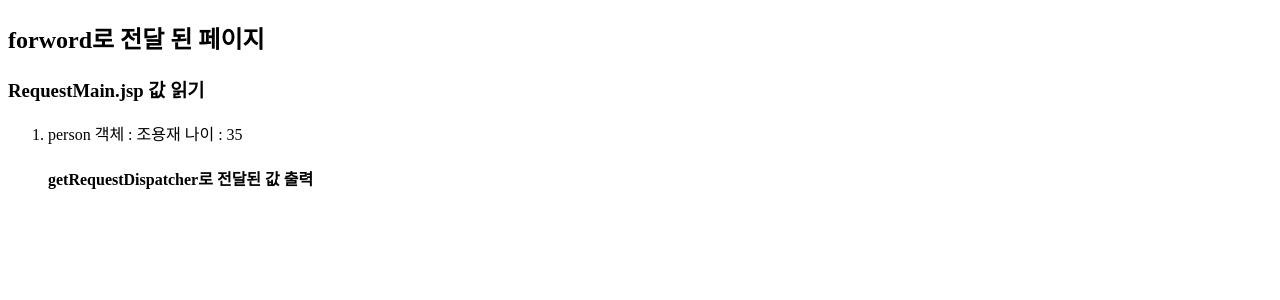
Repository: AHJ2616/Java
Page: http://localhost/board-jsp/03Scope/RequestMain.jsp
These files come from the project's save history. The page is drawn as it stood at one moment and after the next save; the edit follows.
The browser window is 1280 px wide. The pictures show the whole page.
The page is served by Tomcat 9.

Above is the page before, as saved 2024-07-23 06:42:32.

After the next save:
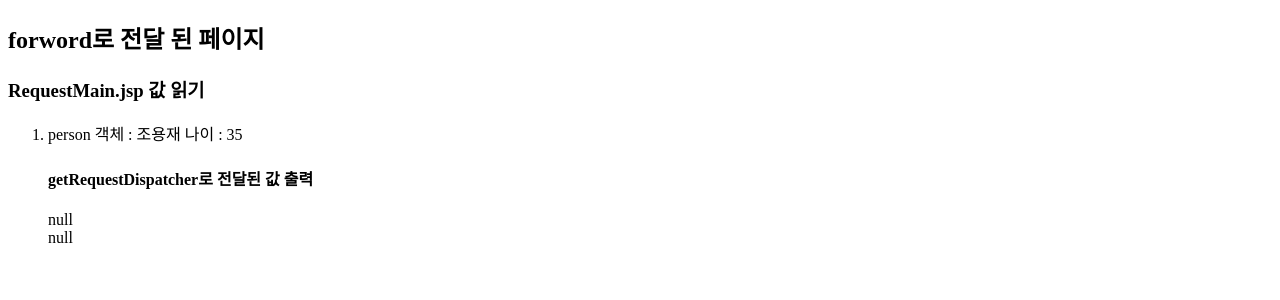
Saved 87 s later.
--- a/jsp_workspace/board-jsp/src/main/webapp/03Scope/RequestForword.jsp
+++ b/jsp_workspace/board-jsp/src/main/webapp/03Scope/RequestForword.jsp
@@ -20,9 +20,9 @@ Person person = (Person) request.getAttribute("reqPerson");
 <h4>getRequestDispatcher로 전달된 값 출력</h4>
 <%
 request.setCharacterEncoding("utf-8"); // post method의 한글처리용
-request.getParameter("han");
-%>
-
+out.print(request.getParameter("han"));
+out.print("<br>");
+out.print(request.getParameter("eng"));%>
 </ol>
 </body>
 </html>
